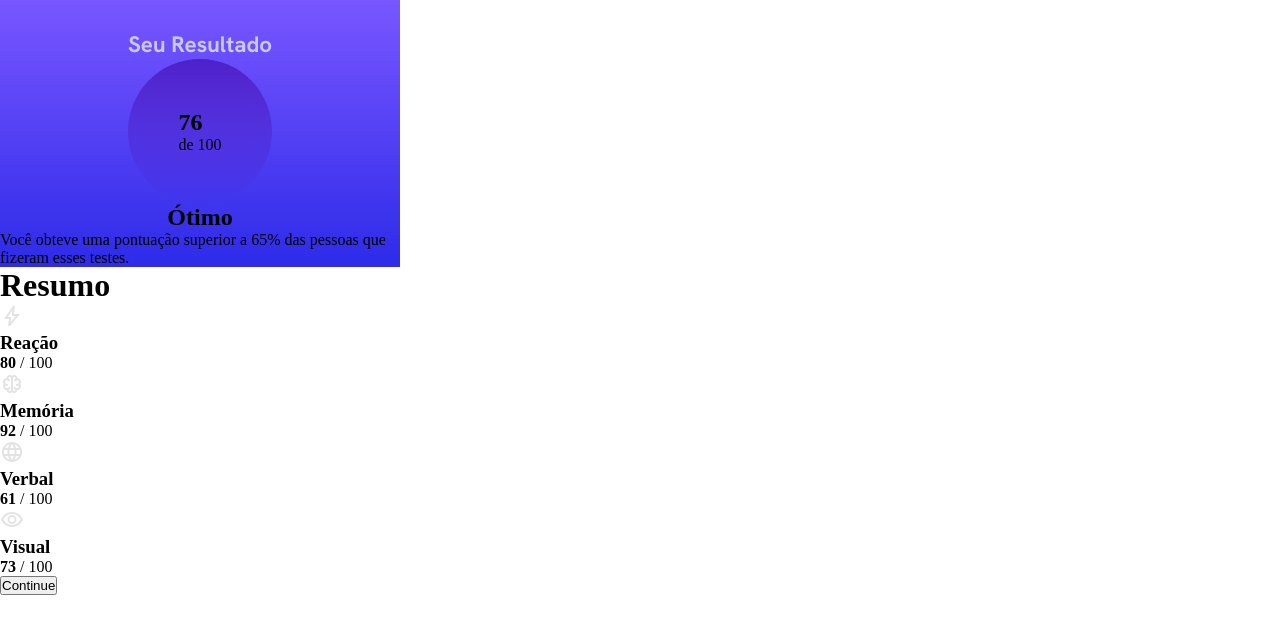
Repository: caique2512/resumo-de-resultados
Page: index.html
The author's editor kept a copy of each file at every save. The page is drawn from the files as they stood at one save, then again after the next save.
The browser window is 1280 px wide. The pictures show the whole page.

Above is the page before, as saved 2026-03-05 23:13:55.

### index.html
<!DOCTYPE html>
<html lang="pt-br">
<head>
    <meta charset="UTF-8">
    <meta name="viewport" content="width=device-width, initial-scale=1.0">
    <title>Resumo de Resultados</title>
    <link rel="stylesheet" href="src/css/estilos.css">
    <link rel="stylesheet" href="src/css/reset.css">
</head>
<body>
    <main class="conteudo">
        <div class="principal">
            <h1 class="titulo">Seu Resultado</h1>
            <div class="circulo">
                <h2>76</h2>
                <p>de 100</p>
            </div>
            <h2>Ótimo</h2>
            <p class="subtitle">Você obteve uma pontuação superior a 65% das pessoas que fizeram esses testes.</p>
        </div>
        <div>
            <h1 class="titulo1">Resumo</h1>
            <div class="classes">
                <div class="resumo1">
                    <img src="./src/images/raio.svg" alt="Raio">
                    <h3>Reação</h3>
                    <p><strong>80</strong> / 100</p>
                </div>
                <div class="resumo2">
                    <img src="./src/images/memoria.svg" alt="Memória">
                    <h3>Memória</h3>
                    <p><strong>92</strong> / 100</p>
                </div>
                <div class="resumo3">
                    <img src="./src/images/mensagem.svg" alt="Mensagem">
                    <h3>Verbal</h3>
                    <p><strong>61</strong> / 100</p>
                </div>
                <div class="resumo4">
                    <img src="./src/images/olho.svg" alt="olho">
                    <h3>Visual</h3>
                    <p><strong>73</strong> / 100</p>
                </div>
            </div>
            <button class="btn-resumo">Continue</button>
        </div>
    </main>
</body>
</html>

### src/css/estilos.css
@import url('https://fonts.googleapis.com/css2?family=Hanken+Grotesk:ital,wght@0,100..900;1,100..900&display=swap');


.principal {
    background: linear-gradient(hsl(252, 100%, 67%), hsl(241, 81%, 54%));
    width: 400px;
    display: flex;
    flex-direction: column;
    align-items: center;
}

.titulo {
    color: hsl(241, 100%, 89%);
    font-family: "Hanken Grotesk";
    margin-top: 30px;
    font-size: 1.4rem;
}

.circulo {
    background: linear-gradient(hsla(256, 72%, 46%, 1) , hsla(241, 72%, 46%, 0));
    padding: 50px;
    border-radius: 50%;
}

Loaded but not shown: src/css/reset.css (common file)

After the next save:
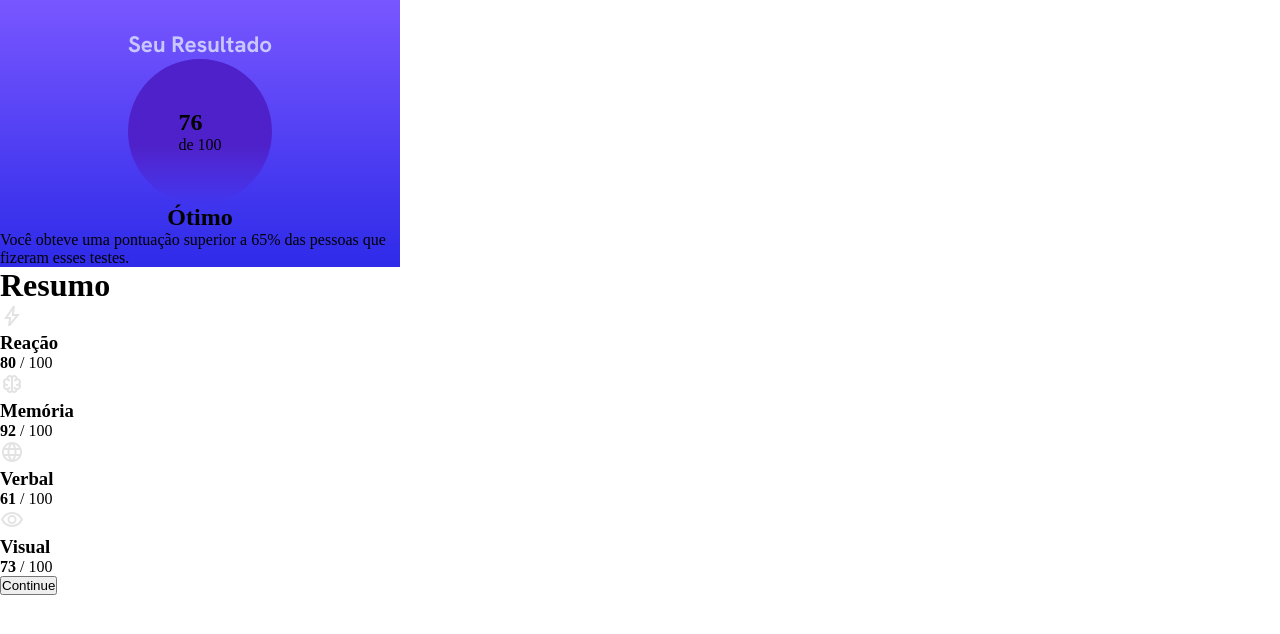
Saved 4 s later.
--- a/src/css/estilos.css
+++ b/src/css/estilos.css
@@ -17,7 +17,7 @@
 }
 
 .circulo {
-    background: linear-gradient(hsla(256, 72%, 46%, 1) , hsla(241, 72%, 46%, 0));
+    background: linear-gradient(hsla(256, 72%, 46%, 1) 60%, hsla(241, 72%, 46%, 0));
     padding: 50px;
     border-radius: 50%;
 }

After the 3 saves that followed:
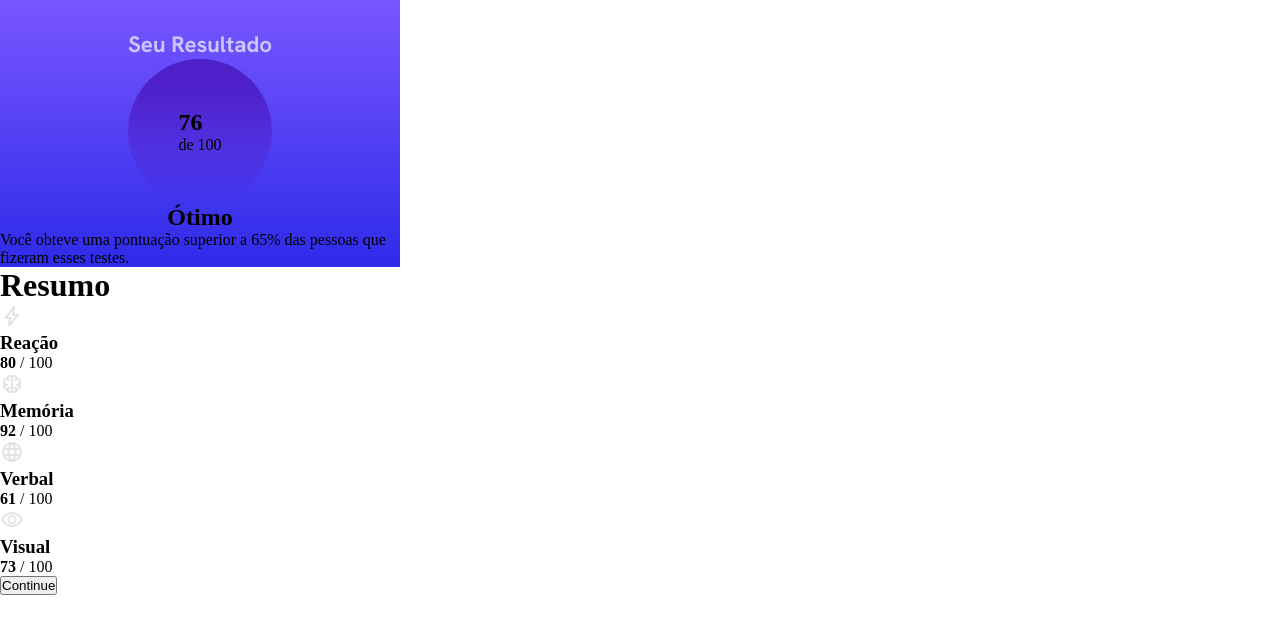
The 3 saves are shown as one change because they came seconds apart.
The last was saved 16 s later.
--- a/src/css/estilos.css
+++ b/src/css/estilos.css
@@ -17,7 +17,7 @@
 }
 
 .circulo {
-    background: linear-gradient(hsla(256, 72%, 46%, 1) 60%, hsla(241, 72%, 46%, 0));
+    background: linear-gradient(hsla(256, 72%, 46%, 1) 20%, hsla(241, 72%, 46%, 0));
     padding: 50px;
     border-radius: 50%;
 }
